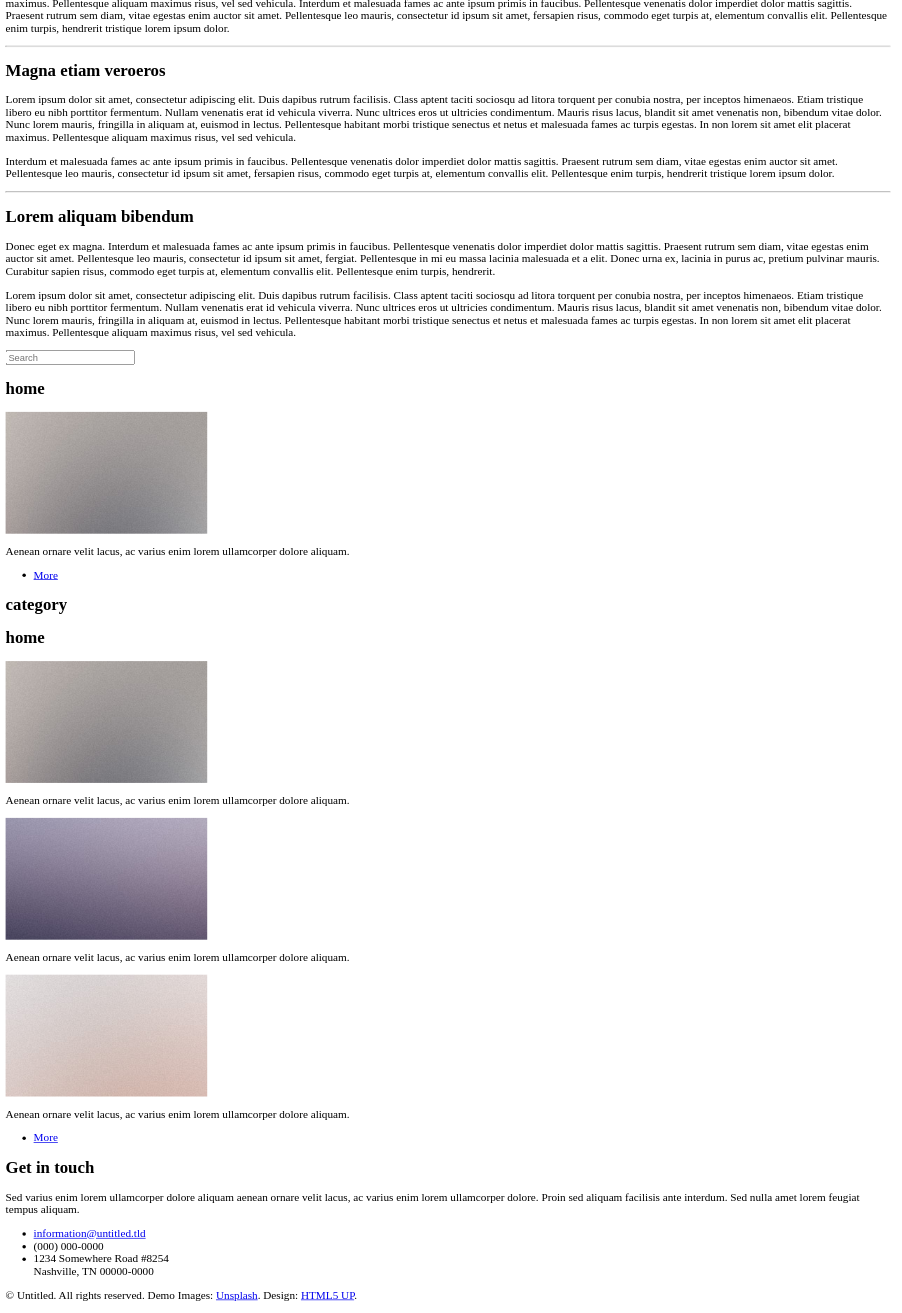
Repository: noCountJun/blog
Page: http://localhost/blogProject2/WEB-INF/views/board/bootTest.jsp
An editor plug-in stored every save of this project. The page is shown before and after the next save, followed by the edit.
The browser window is 1280 px wide. The page is 1288 px wide, so the pictures cover 1288 px, including what lies to the right of the window. The pictures show the part of the page from y = 1038 to 2918 px (the page is 2914 px tall before and 2918 px after), at 70% of full size.
The page is served by Tomcat 9. Nobody is signed in. Other server files are loaded and not shown. The template is opened directly, without the code that normally fills it, so the values that code supplies are empty.

Above is the page before, as saved 2019-09-03 06:50:38.

### blogProject2/src/main/webapp/WEB-INF/views/board/bootTest.jsp
<%@ page contentType="text/html; charset=utf-8" pageEncoding="utf-8"%>
<%@ taglib uri="http://java.sun.com/jsp/jstl/core" prefix="c" %>
<%@ page session="false" %>




		<!-- Wrapper -->
			<div id="wrapper">

				<!-- Main -->
					<div id="main">
						<div class="inner">

							<!-- Header -->
								<header id="header">
									<a href="index.html" class="logo"><strong>Editorial</strong> by HTML5 UP</a>
									<ul class="icons">
										<li><a href="#" class="icon brands fa-twitter"><span class="label">Twitter</span></a></li>
										<li><a href="#" class="icon brands fa-facebook-f"><span class="label">Facebook</span></a></li>
										<li><a href="#" class="icon brands fa-snapchat-ghost"><span class="label">Snapchat</span></a></li>
										<li><a href="#" class="icon brands fa-instagram"><span class="label">Instagram</span></a></li>
										<li><a href="#" class="icon brands fa-medium-m"><span class="label">Medium</span></a></li>
									</ul>
								</header>

							<!-- Content -->
								<section>
									<header class="main">
										<h1>Generic</h1>
									</header>

									<span class="image main"><img src="/resources/images/pic11.jpg" alt="" /></span>

									<p>Donec eget ex magna. Interdum et malesuada fames ac ante ipsum primis in faucibus. Pellentesque venenatis dolor imperdiet dolor mattis sagittis. Praesent rutrum sem diam, vitae egestas enim auctor sit amet. Pellentesque leo mauris, consectetur id ipsum sit amet, fergiat. Pellentesque in mi eu massa lacinia malesuada et a elit. Donec urna ex, lacinia in purus ac, pretium pulvinar mauris. Curabitur sapien risus, commodo eget turpis at, elementum convallis elit. Pellentesque enim turpis, hendrerit.</p>
									<p>Lorem ipsum dolor sit amet, consectetur adipiscing elit. Duis dapibus rutrum facilisis. Class aptent taciti sociosqu ad litora torquent per conubia nostra, per inceptos himenaeos. Etiam tristique libero eu nibh porttitor fermentum. Nullam venenatis erat id vehicula viverra. Nunc ultrices eros ut ultricies condimentum. Mauris risus lacus, blandit sit amet venenatis non, bibendum vitae dolor. Nunc lorem mauris, fringilla in aliquam at, euismod in lectus. Pellentesque habitant morbi tristique senectus et netus et malesuada fames ac turpis egestas. In non lorem sit amet elit placerat maximus. Pellentesque aliquam maximus risus, vel sed vehicula.</p>
									<p>Interdum et malesuada fames ac ante ipsum primis in faucibus. Pellentesque venenatis dolor imperdiet dolor mattis sagittis. Praesent rutrum sem diam, vitae egestas enim auctor sit amet. Pellentesque leo mauris, consectetur id ipsum sit amet, fersapien risus, commodo eget turpis at, elementum convallis elit. Pellentesque enim turpis, hendrerit tristique lorem ipsum dolor.</p>

									<hr class="major" />

									<h2>Interdum sed dapibus</h2>
									<p>Donec eget ex magna. Interdum et malesuada fames ac ante ipsum primis in faucibus. Pellentesque venenatis dolor imperdiet dolor mattis sagittis. Praesent rutrum sem diam, vitae egestas enim auctor sit amet. Pellentesque leo mauris, consectetur id ipsum sit amet, fergiat. Pellentesque in mi eu massa lacinia malesuada et a elit. Donec urna ex, lacinia in purus ac, pretium pulvinar mauris. Curabitur sapien risus, commodo eget turpis at, elementum convallis elit. Pellentesque enim turpis, hendrerit.</p>
									<p>Lorem ipsum dolor sit amet, consectetur adipiscing elit. Duis dapibus rutrum facilisis. Class aptent taciti sociosqu ad litora torquent per conubia nostra, per inceptos himenaeos. Etiam tristique libero eu nibh porttitor fermentum. Nullam venenatis erat id vehicula viverra. Nunc ultrices eros ut ultricies condimentum. Mauris risus lacus, blandit sit amet venenatis non, bibendum vitae dolor. Nunc lorem mauris, fringilla in aliquam at, euismod in lectus. Pellentesque habitant morbi tristique senectus et netus et malesuada fames ac turpis egestas. In non lorem sit amet elit placerat maximus. Pellentesque aliquam maximus risus, vel sed vehicula. Interdum et malesuada fames ac ante ipsum primis in faucibus. Pellentesque venenatis dolor imperdiet dolor mattis sagittis. Praesent rutrum sem diam, vitae egestas enim auctor sit amet. Pellentesque leo mauris, consectetur id ipsum sit amet, fersapien risus, commodo eget turpis at, elementum convallis elit. Pellentesque enim turpis, hendrerit tristique lorem ipsum dolor.</p>

									<hr class="major" />

									<h2>Magna etiam veroeros</h2>
									<p>Lorem ipsum dolor sit amet, consectetur adipiscing elit. Duis dapibus rutrum facilisis. Class aptent taciti sociosqu ad litora torquent per conubia nostra, per inceptos himenaeos. Etiam tristique libero eu nibh porttitor fermentum. Nullam venenatis erat id vehicula viverra. Nunc ultrices eros ut ultricies condimentum. Mauris risus lacus, blandit sit amet venenatis non, bibendum vitae dolor. Nunc lorem mauris, fringilla in aliquam at, euismod in lectus. Pellentesque habitant morbi tristique senectus et netus et malesuada fames ac turpis egestas. In non lorem sit amet elit placerat maximus. Pellentesque aliquam maximus risus, vel sed vehicula.</p>
									<p>Interdum et malesuada fames ac ante ipsum primis in faucibus. Pellentesque venenatis dolor imperdiet dolor mattis sagittis. Praesent rutrum sem diam, vitae egestas enim auctor sit amet. Pellentesque leo mauris, consectetur id ipsum sit amet, fersapien risus, commodo eget turpis at, elementum convallis elit. Pellentesque enim turpis, hendrerit tristique lorem ipsum dolor.</p>

									<hr class="major" />

									<h2>Lorem aliquam bibendum</h2>
									<p>Donec eget ex magna. Interdum et malesuada fames ac ante ipsum primis in faucibus. Pellentesque venenatis dolor imperdiet dolor mattis sagittis. Praesent rutrum sem diam, vitae egestas enim auctor sit amet. Pellentesque leo mauris, consectetur id ipsum sit amet, fergiat. Pellentesque in mi eu massa lacinia malesuada et a elit. Donec urna ex, lacinia in purus ac, pretium pulvinar mauris. Curabitur sapien risus, commodo eget turpis at, elementum convallis elit. Pellentesque enim turpis, hendrerit.</p>
									<p>Lorem ipsum dolor sit amet, consectetur adipiscing elit. Duis dapibus rutrum facilisis. Class aptent taciti sociosqu ad litora torquent per conubia nostra, per inceptos himenaeos. Etiam tristique libero eu nibh porttitor fermentum. Nullam venenatis erat id vehicula viverra. Nunc ultrices eros ut ultricies condimentum. Mauris risus lacus, blandit sit amet venenatis non, bibendum vitae dolor. Nunc lorem mauris, fringilla in aliquam at, euismod in lectus. Pellentesque habitant morbi tristique senectus et netus et malesuada fames ac turpis egestas. In non lorem sit amet elit placerat maximus. Pellentesque aliquam maximus risus, vel sed vehicula.</p>

								</section>

						</div>
					</div>

				<!-- Sidebar -->
<jsp:include page="/WEB-INF/views/category/category.jsp" />
			</div>

### blogProject2/src/main/webapp/WEB-INF/views/category/category.jsp
<%@ page contentType="text/html; charset=utf-8" pageEncoding="utf-8"%>
<%@ taglib uri="http://java.sun.com/jsp/jstl/core" prefix="c"%>
<%@ page session="false"%>

<div id="sidebar">
	<div class="inner">

		<!-- Search -->
		<section id="search" class="alt">
			<form method="post" action="#">
				<input type="text" name="query" id="query" placeholder="Search" />
			</form>
		</section>

		<!-- Section -->
		<section>
			<header class="major">
				<h2>home</h2>
			</header>
			<div class="mini-posts">
				<article>
					<a href="#" class="image"><img src="/resources/images/pic07.jpg" alt="" /></a>
					<p>Aenean ornare velit lacus, ac varius enim lorem ullamcorper dolore aliquam.</p>
				</article>
			</div>
			<ul class="actions">
				<li><a href="#" class="button">More</a></li>
			</ul>
		</section>

		<!-- Menu -->
		<nav id="menu">
			<header class="major">
				<h2>category</h2>
			</header>
			<ul>


			<c:if test="${not empty categoryList}">
				<c:forEach var="categoryInfo" items="${categoryList}" varStatus="i">
					<li>
						<a href="/board/boardList/${categoryInfo.CTG_ID}/${categoryInfo.CTG_DEPTH}">
							<c:choose>
						        <c:when test="${categoryInfo.CTG_DEPTH eq '1'}">
						            <h2>${categoryInfo.CTG_NM}</h2>
						        </c:when>
						        <c:otherwise>
						            <h4>&nbsp;&nbsp;&nbsp;&nbsp;&nbsp;${categoryInfo.CTG_NM}</h4>
								</c:otherwise>
						    </c:choose>

						</a>
					</li>
				</c:forEach>
			</c:if>

			</ul>
		</nav>

		<!-- Section -->
		<section>
			<header class="major">
				<h2>home</h2>
			</header>
			<div class="mini-posts">
				<article>
					<a href="#" class="image"><img src="/resources/images/pic07.jpg" alt="" /></a>
					<p>Aenean ornare velit lacus, ac varius enim lorem ullamcorper dolore aliquam.</p>
				</article>
				<article>
					<a href="#" class="image"><img src="/resources/images/pic08.jpg" alt="" /></a>
					<p>Aenean ornare velit lacus, ac varius enim lorem ullamcorper dolore aliquam.</p>
				</article>
				<article>
					<a href="#" class="image"><img src="/resources/images/pic09.jpg" alt="" /></a>
					<p>Aenean ornare velit lacus, ac varius enim lorem ullamcorper dolore aliquam.</p>
				</article>
			</div>
			<ul class="actions">
				<li><a href="#" class="button">More</a></li>
			</ul>
		</section>

		<!-- Section -->
		<section>
			<header class="major">
				<h2>Get in touch</h2>
			</header>
			<p>Sed varius enim lorem ullamcorper dolore aliquam aenean ornare velit lacus, ac varius enim lorem ullamcorper dolore. Proin sed aliquam facilisis ante interdum. Sed nulla amet lorem feugiat tempus aliquam.</p>
			<ul class="contact">
				<li class="icon solid fa-envelope"><a href="#">information@untitled.tld</a></li>
				<li class="icon solid fa-phone">(000) 000-0000</li>
				<li class="icon solid fa-home">1234 Somewhere Road #8254<br />
				Nashville, TN 00000-0000</li>
			</ul>
		</section>

		<footer id="footer">
			<p class="copyright">&copy; Untitled. All rights reserved. Demo Images: <a href="https://unsplash.com">Unsplash</a>. Design: <a href="https://html5up.net">HTML5 UP</a>.</p>
		</footer>

	</div>
</div>

After the next save:
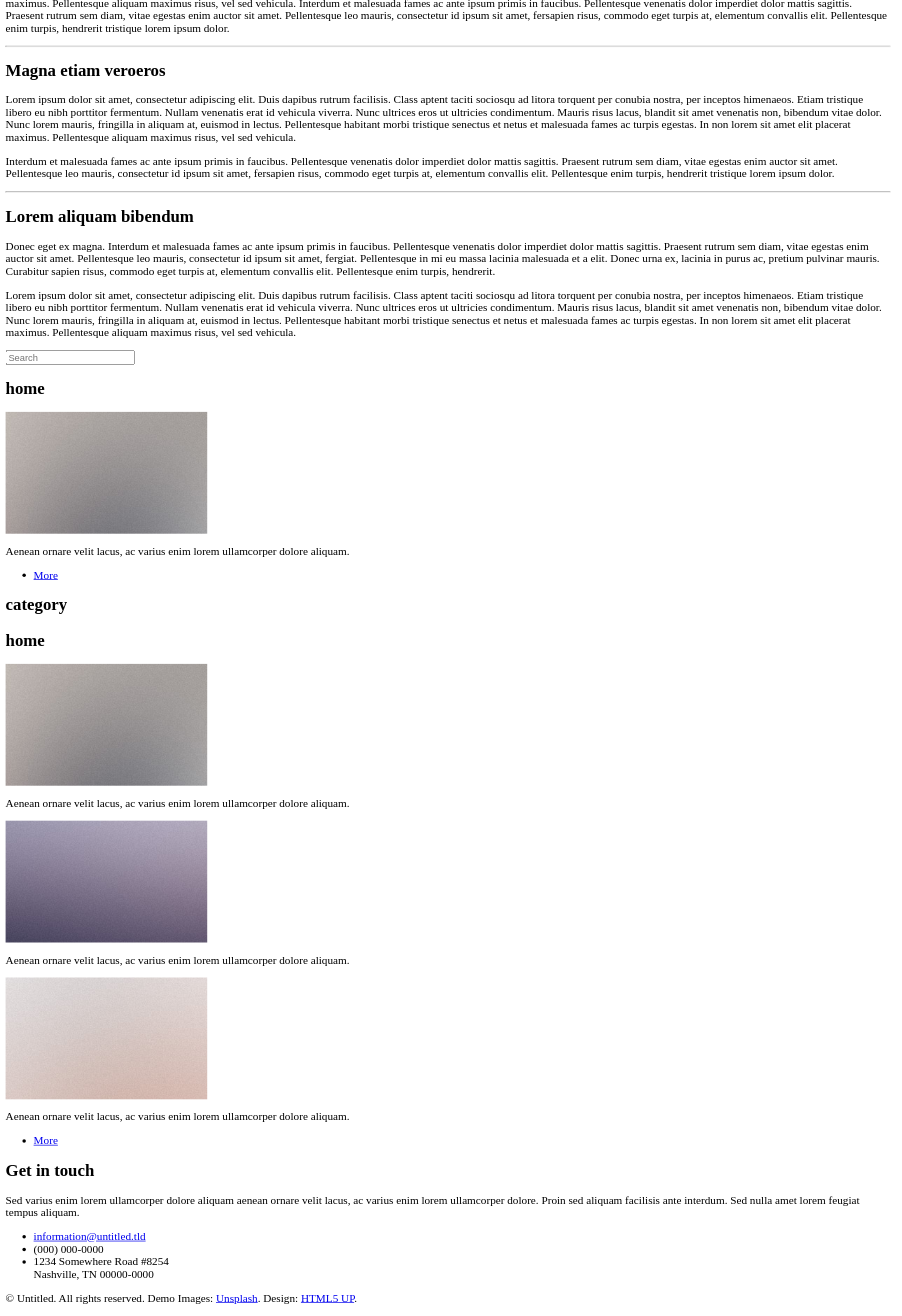
Saved 33 min 14 s later.
--- a/blogProject2/src/main/webapp/WEB-INF/views/category/category.jsp
+++ b/blogProject2/src/main/webapp/WEB-INF/views/category/category.jsp
@@ -33,7 +33,7 @@
 			<header class="major">
 				<h2>category</h2>
 			</header>
-			<ul>
+			<ul style = " font-size:1.5em;  color: green;">
 
 
 			<c:if test="${not empty categoryList}">
